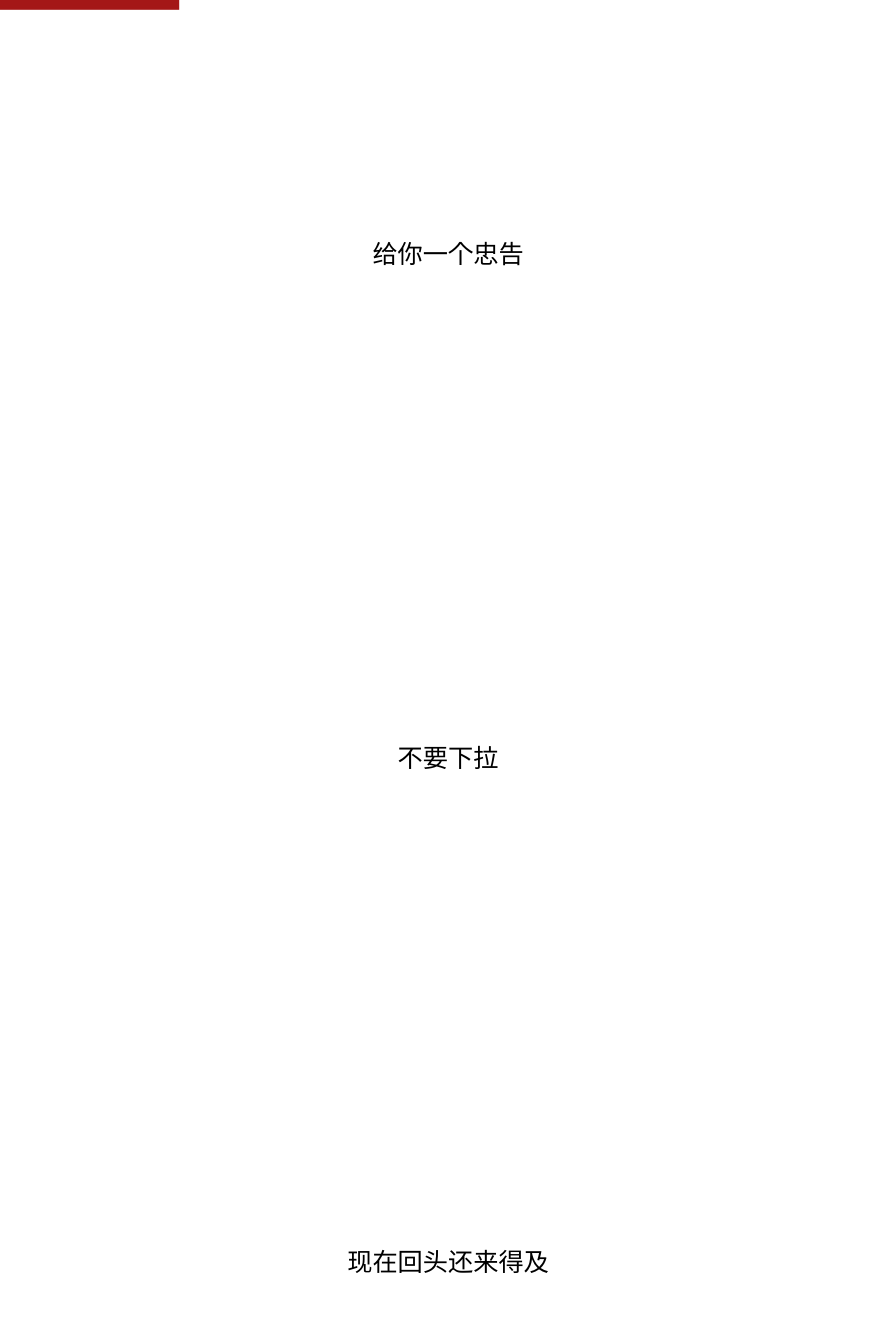
Repository: PUYIXIU/CSSMagic
Page: Animation/ScrollDrivenAnimation/index.html
These files come from the project's save history. The page is drawn as it stood at one moment and after the next save; the edit follows.
The browser window is 1280 px wide. The pictures show the part of the page from y = 0 to 1920 px (the page is 7200 px tall), at 70% of full size.
Some web fonts or font styles are not loaded; a fallback is used.

Above is the page before, as saved 2024-09-03 10:39:45.

### Animation/ScrollDrivenAnimation/index.html
<!DOCTYPE html>
<html lang="en">
<head>
    <meta charset="UTF-8">
    <meta name="viewport" content="width=device-width, initial-scale=1.0">
    <title>Document</title>
    <link rel="stylesheet" href="../../assets/styles/reset.css">
    <link rel="stylesheet" href="../../assets/styles/font.css">
    <style>
        body{
            position:relative;
        }
        .progress-bar{
            height:2vmin;
            width:20%;
            background-color: rgb(164, 23, 23);
            position:fixed;
            top:0;
            left:0;
        }
        .kanban{
            height:100vh;
            width:100%;
            display: grid;
            place-items: center;
            font-size:5vmin;
            font-family:Xiang Cui;
        }
    </style>
</head>
<body>
    <div class="progress-bar"></div>
    <div class="kanban">给你一个忠告</div>
    <div class="kanban">不要下拉</div>
    <div class="kanban">现在回头还来得及</div>
    <div class="kanban">不要下拉</div>
    <div class="kanban">你会为此付出代价的</div>
    <div class="kanban">不要下拉</div>
    <div class="kanban">快回去</div>
    <div class="kanban">快回去快回去快回去</div>
    <div class="kanban">快回去快回去快回去快回去快回去</div>
    <div class="kanban">！！！</div>
</body>
</html>

### assets/styles/reset.css
*{
    padding:0;
    margin:0;
}
a{
    text-decoration: none;
}

### assets/styles/font.css
@font-face{
    font-family: 'Xiang Cui';
    font-style: light;
    font-display: swap;
    src:url(../fonts/香萃打字机体\ W15.ttf);
}
@font-face{
    font-family: 'Xiang Cui';
    font-style: normal;
    font-display: swap;
    src:url(../fonts/香萃打字机体\ W35.ttf);
}
@font-face{
    font-family: 'Xiang Cui';
    font-style: bold;
    font-display: swap;
    src:url(../fonts/香萃打字机体\ W40.ttf);
}

After the next save:
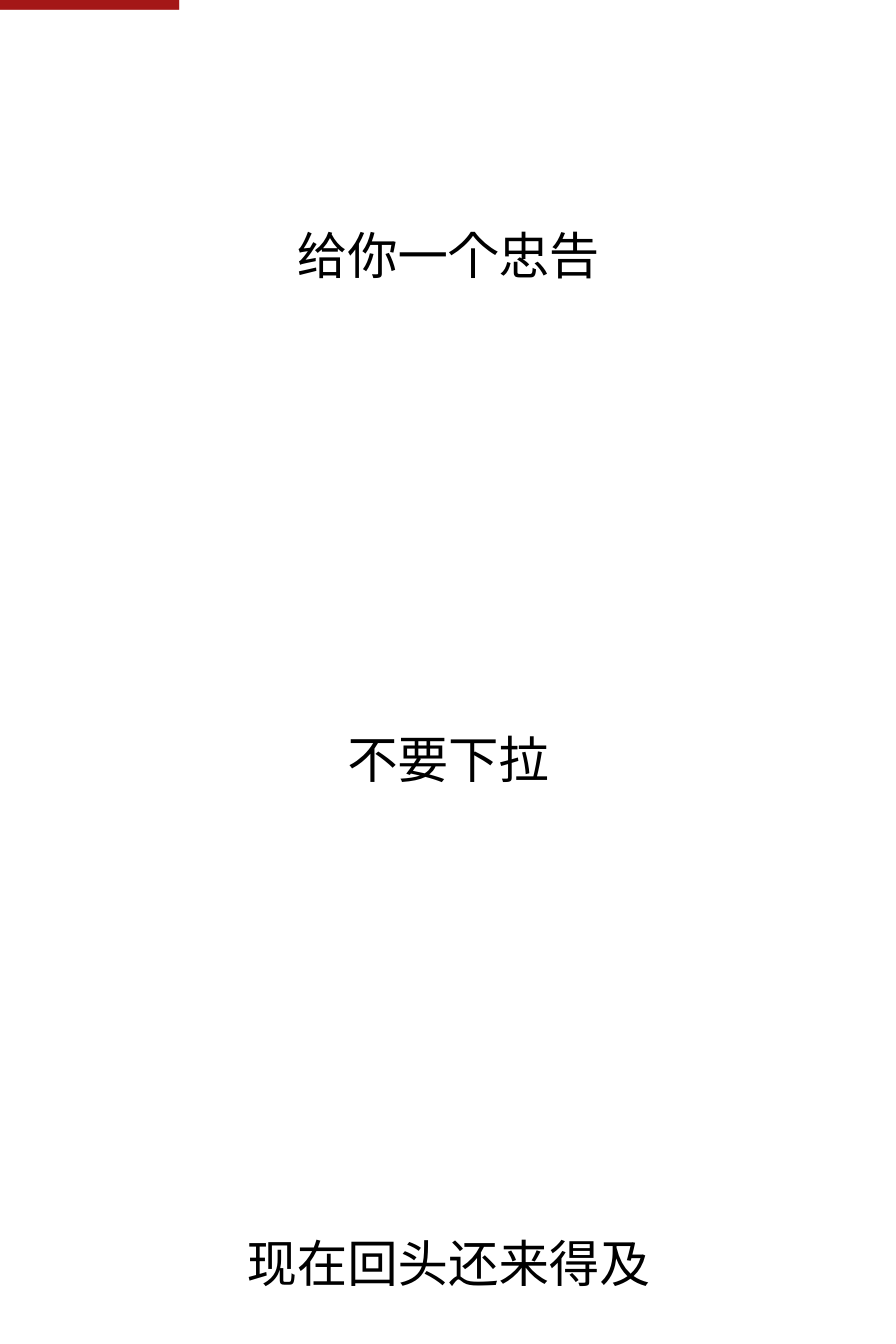
Saved 6 s later.
--- a/Animation/ScrollDrivenAnimation/index.html
+++ b/Animation/ScrollDrivenAnimation/index.html
@@ -23,7 +23,7 @@
             width:100%;
             display: grid;
             place-items: center;
-            font-size:5vmin;
+            font-size:10vmin;
             font-family:Xiang Cui;
         }
     </style>
